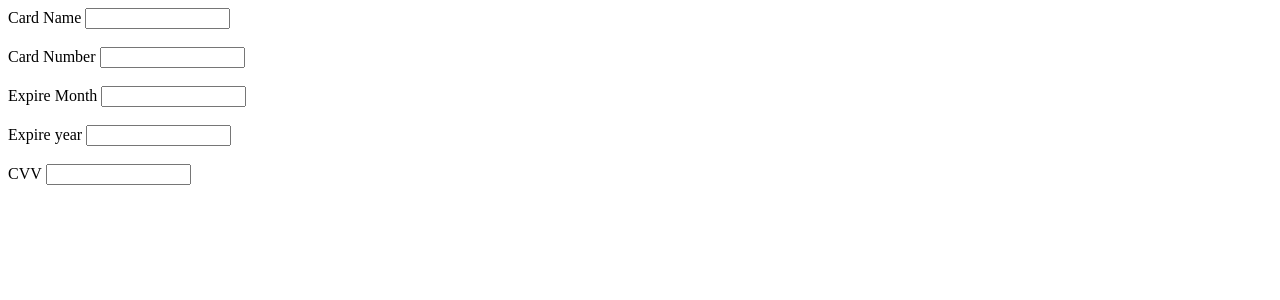
Repository: MalykaK/servlets
Page: CreditCard/WebContent/creditcard.html
The author's editor kept a copy of each file at every save. The page is drawn from the files as they stood at one save, then again after the next save.
The browser window is 1280 px wide. The pictures show the whole page.

Above is the page before, as saved 2018-09-06 09:08:06.

### CreditCard/WebContent/creditcard.html
<!DOCTYPE html>
<html>
<head>
<meta charset="ISO-8859-1">
<title>Credit Card</title>
</head>
<body>

<form action="CreditCard" method="post">
<label>Card Name</label>
<input type="text" name="cardname" size="15"/>
<br><br>
<label>Card Number</label>
<input type="text" name="cardnum" size="15"/>
<br><br>
<label>Expire Month</label>
<input type="text" name="expmonth" size="15"/>
<br><br>
<label>Expire year</label>
<input type="text" name="expyear" size="15"/>
<br><br>
<label>CVV</label>
<input type="text" name="cvv" size="15"/>
<br><br>
</form>
</body>
</html>

After the next save:
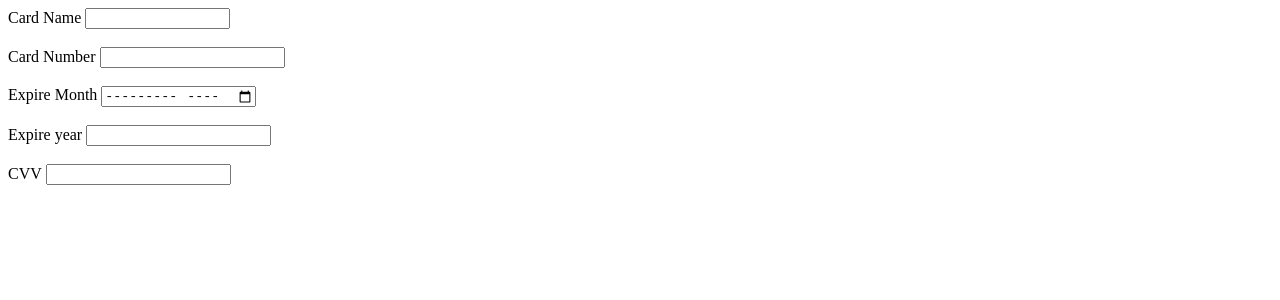
Saved 6 min 58 s later.
--- a/CreditCard/WebContent/creditcard.html
+++ b/CreditCard/WebContent/creditcard.html
@@ -11,16 +11,16 @@
 <input type="text" name="cardname" size="15"/>
 <br><br>
 <label>Card Number</label>
-<input type="text" name="cardnum" size="15"/>
+<input type="number" name="cardnum" size="15"/>
 <br><br>
 <label>Expire Month</label>
-<input type="text" name="expmonth" size="15"/>
+<input type="month" name="expmonth" size="15"/>
 <br><br>
 <label>Expire year</label>
-<input type="text" name="expyear" size="15"/>
+<input type="number" name="expyear" size="15"/>
 <br><br>
 <label>CVV</label>
-<input type="text" name="cvv" size="15"/>
+<input type="number" name="cvv" size="15"/>
 <br><br>
 </form>
 </body>

After the save that followed:
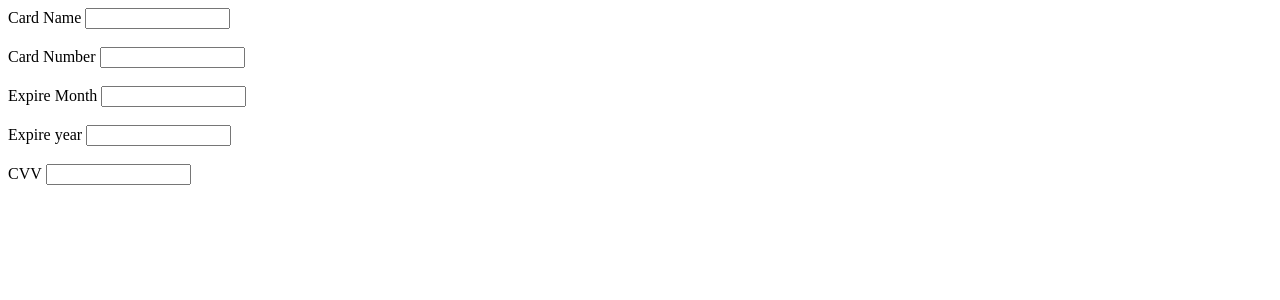
Saved 109 s later.
--- a/CreditCard/WebContent/creditcard.html
+++ b/CreditCard/WebContent/creditcard.html
@@ -11,16 +11,16 @@
 <input type="text" name="cardname" size="15"/>
 <br><br>
 <label>Card Number</label>
-<input type="number" name="cardnum" size="15"/>
+<input type="text" name="cardnum" size="15"/>
 <br><br>
 <label>Expire Month</label>
-<input type="month" name="expmonth" size="15"/>
+<input type="text" name="expmonth" size="15"/>
 <br><br>
 <label>Expire year</label>
-<input type="number" name="expyear" size="15"/>
+<input type="text" name="expyear" size="15"/>
 <br><br>
 <label>CVV</label>
-<input type="number" name="cvv" size="15"/>
+<input type="text" name="cvv" size="15"/>
 <br><br>
 </form>
 </body>
